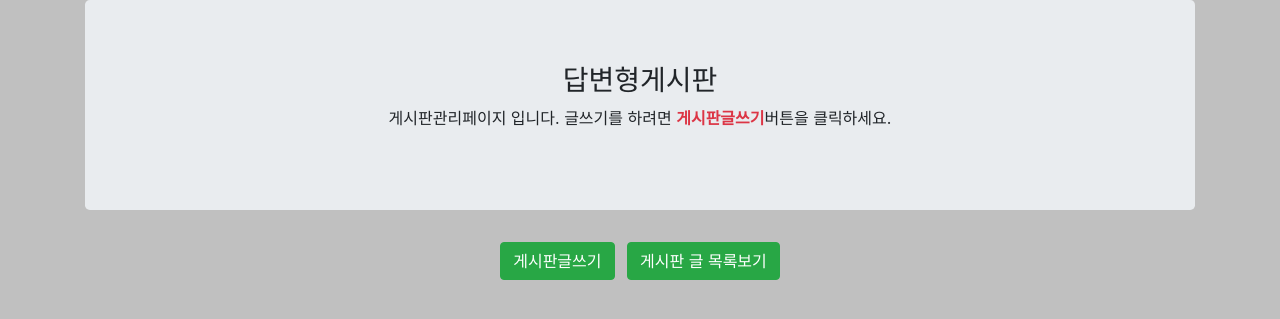
Repository: NoChanJong/JSP
Page: http://localhost/jsp09_board/
The author's editor kept a copy of each file at every save. The page is drawn from the files as they stood at one save, then again after the next save.
The browser window is 1280 px wide. The pictures show the whole page.
The page is served by Tomcat 9. Other server files are loaded and not shown.

Above is the page before, as saved 2023-05-25 06:39:25.
Console error (its wording comes from the project's code and is left out).

### jsp09_board/WebContent/index.jsp
<%@page language="java" contentType="text/html; charset=UTF-8" pageEncoding="UTF-8"%>
<!DOCTYPE html>
<html>
<head>
	 <meta charset="UTF-8">
	 <meta name="viewport" content="width=device-width, initial-scale=1, minimum-scale=1, maximum-scale=1">
     <link href="https://cdn.jsdelivr.net/npm/bootstrap@4.5.2/dist/css/bootstrap.min.css" rel="stylesheet">
     <script src="https://cdn.jsdelivr.net/npm/bootstrap@4.5.2/dist/js/bootstrap.bundle.min.js"></script>
<title>답변형게시판</title>
</head>
<body  style="background-color: silver;">
	<div class="container" align="center">
		<div class="jumbotron">
			<h3>답변형게시판</h3>
			<p>게시판관리페이지 입니다. 글쓰기를 하려면 <strong class="text-danger">게시판글쓰기</strong>버튼을
			클릭하세요.</p>
		</div>
		<a href="boardWriteForm.bo" class="btn btn-success mr-sm-2">게시판글쓰기</a>
		<a href="boardList.bo?p=1&f=writer&q=" class="btn btn-success">게시판 글 목록보기</a>
	</div>
</body>
</html>

After the next save:
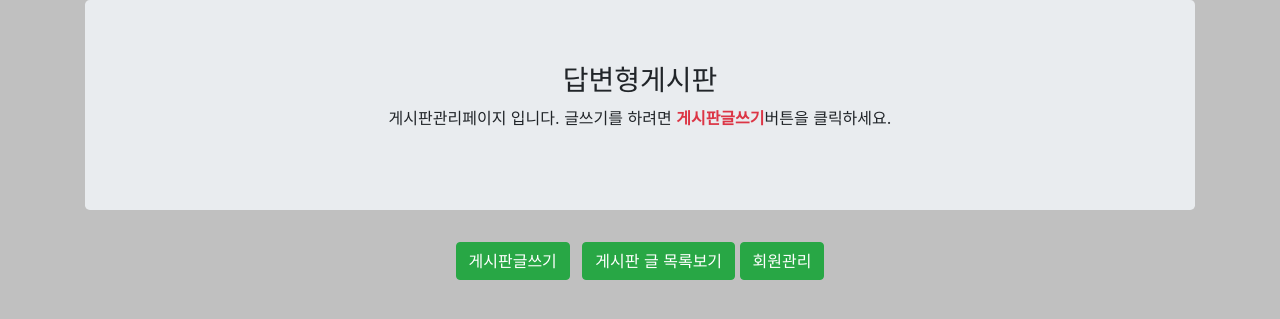
Saved 85 s later.
--- a/jsp09_board/WebContent/index.jsp
+++ b/jsp09_board/WebContent/index.jsp
@@ -17,6 +17,7 @@
 		</div>
 		<a href="boardWriteForm.bo" class="btn btn-success mr-sm-2">게시판글쓰기</a>
 		<a href="boardList.bo?p=1&f=writer&q=" class="btn btn-success">게시판 글 목록보기</a>
+		<a href="memberList.co" class="btn btn-success">회원관리</a>
 	</div>
 </body>
 </html>
